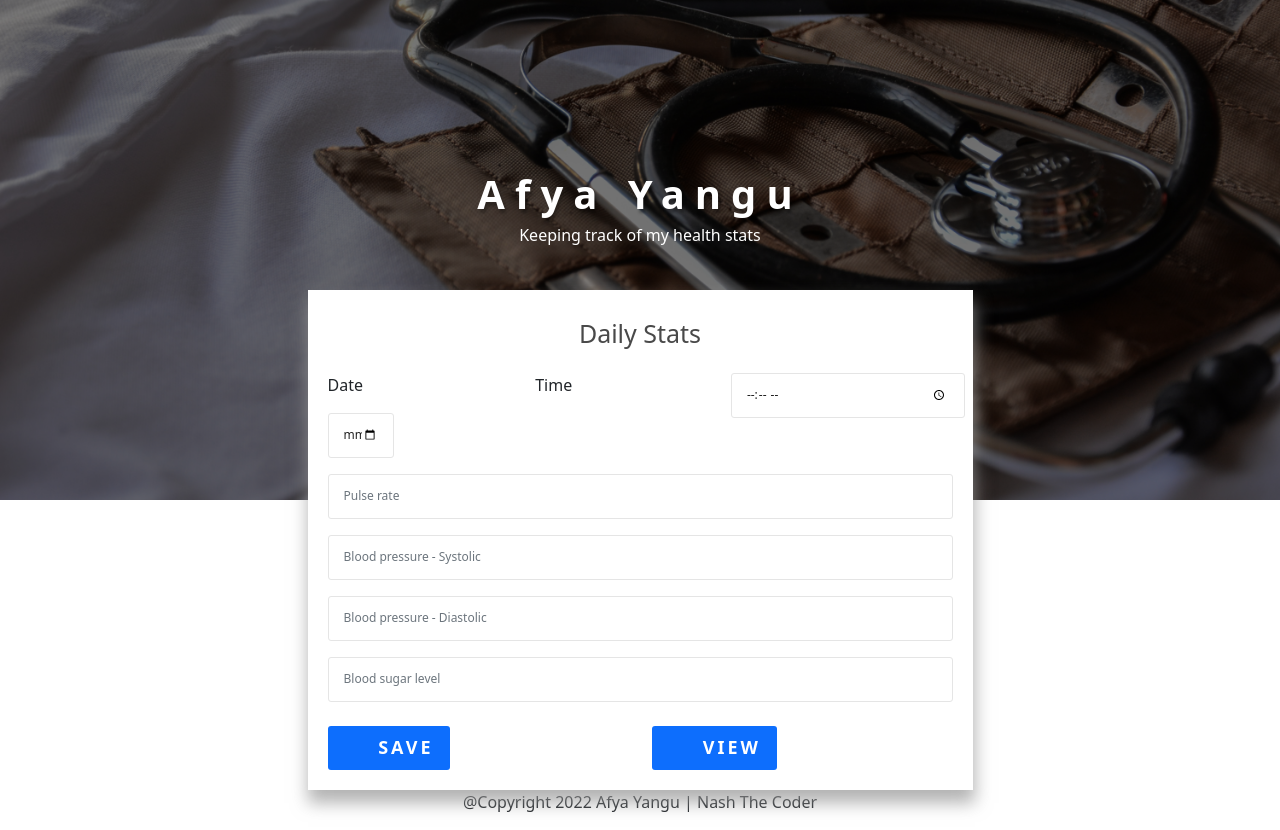
Repository: nashthecoder/afya_yangu
Page: /
The author's editor kept a copy of each file at every save. The page is drawn from the files as they stood at one save, then again after a run of saves.
The browser window is 1280 px wide. The pictures show the whole page.
The project was rebuilt for these pictures with package versions that can differ from the ones it lists, and the page was loaded fresh each time.

Above is the page before, as saved 2022-02-27 16:30:18.

After the next 2 saves:
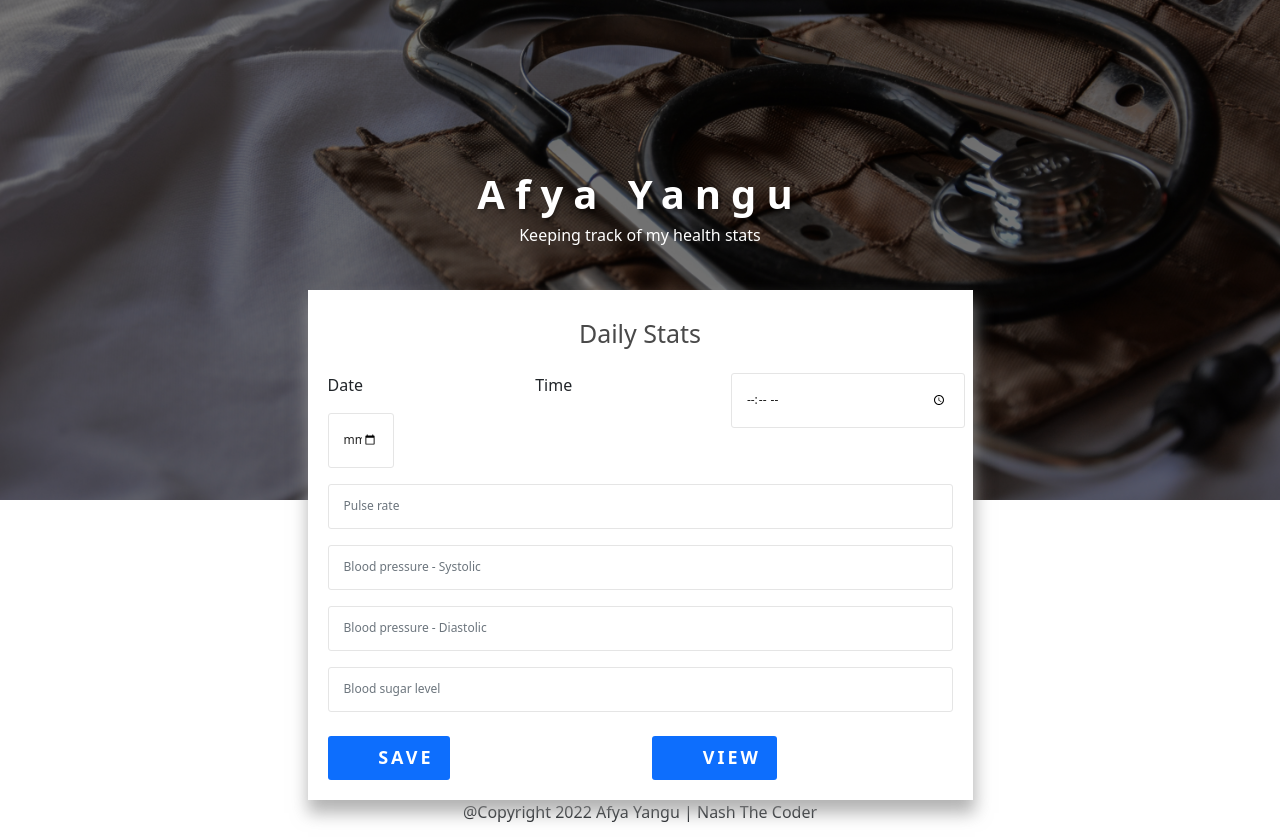
The 2 saves are shown as one change because they came seconds apart.
The last was saved 48 s later.
--- a/src/style.scss
+++ b/src/style.scss
@@ -59,7 +59,7 @@ input.form-control-short {
     background: $white;
     padding: 0 15px;
     width: 36%;
-    height: 45px;
+    height: 55px;
     line-height: 46px;
     outline: none;
     border: 1px solid #e5e5e5;
